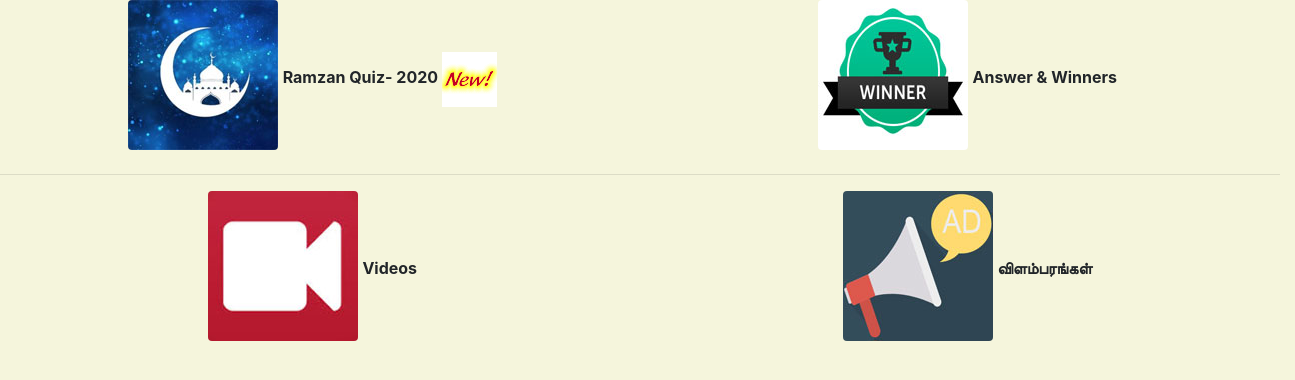
Repository: rsusolutions/RSU-Website
Page: quiz/index.html
An editor plug-in stored every save of this project. The page is shown before and after the next save, followed by the edit.
The browser window is 1280 px wide. The page is 1295 px wide, so the pictures cover 1295 px, including what lies to the right of the window. The pictures show the whole page.
Some web libraries are served in a nearby version.

Above is the page before, as saved 2020-04-21 20:55:16.

After the next save:
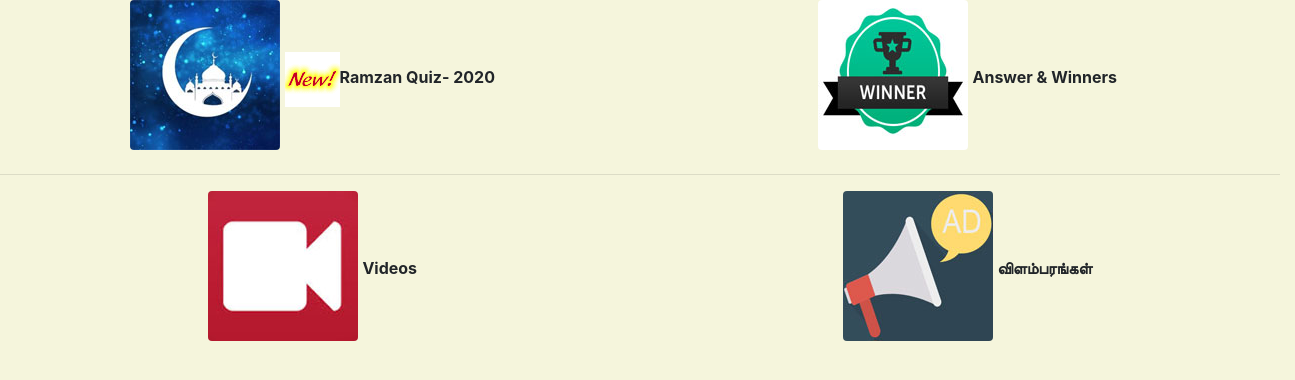
Saved 25 s later.
--- a/quiz/index.html
+++ b/quiz/index.html
@@ -19,7 +19,7 @@
       <div class="col" style=" text-align: center;">
         <a href="ramzan2019.html">
     <img class="rounded mb-2" alt="100x100" src="img/ramzan.jpg" data-holder-rendered="true"></a>
-    <b>Ramzan Quiz- 2020 <img src="img/new.gif" alt=""> </b>
+    <b> <img src="img/new.gif" alt="">Ramzan Quiz- 2020</b>
     </div>
       <div class="col" style=" text-align: center;">
         <a href="results.html"></a>
